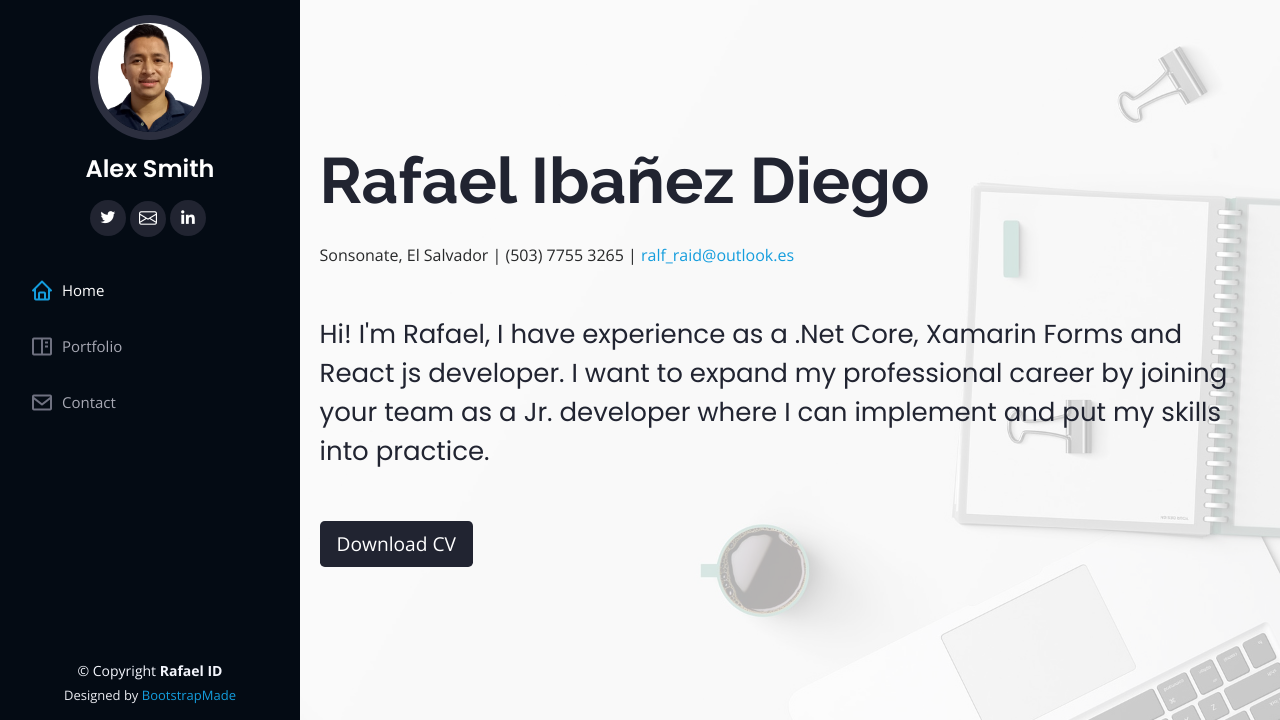
Repository: ralfId/myportfolio
Page: /index
The author's editor kept a copy of each file at every save. The page is drawn from the files as they stood at one save, then again after the next save.
The browser window is 1280 px wide. The pictures show the whole page.
The project was rebuilt for these pictures with package versions that can differ from the ones it lists, and the page was loaded fresh each time. Also part of the build but not shown: src/data/projects.js, src/components/Projects/ProjectItem.js, src/components/Projects/ProjectIndex.js, src/helpers/ProjectById.js, src/components/Projects/ProjectDetail.js.

Above is the page before, as saved 2021-09-20 18:36:55.

### public/index.html
<!DOCTYPE html>
<html lang="en">

<head>
  <meta charset="utf-8" />
  <link rel="icon" href="%PUBLIC_URL%/favicon.ico" />
  <meta name="viewport" content="width=device-width, initial-scale=1" />
  <meta name="theme-color" content="#000000" />
  <meta name="description" content="Web site created using create-react-app" />
  <link rel="apple-touch-icon" href="%PUBLIC_URL%/logo192.png" />
  <link rel="manifest" href="%PUBLIC_URL%/manifest.json" />

  <!-- Google Fonts -->
  <link
    href="https://fonts.googleapis.com/css?family=Open+Sans:300,300i,400,400i,600,600i,700,700i|Raleway:300,300i,400,400i,500,500i,600,600i,700,700i|Poppins:300,300i,400,400i,500,500i,600,600i,700,700i"
    rel="stylesheet">

  <!-- Vendor CSS Files -->
  <link href="vendor/aos/aos.css" rel="stylesheet">
  <link href="vendor/bootstrap/css/bootstrap.min.css" rel="stylesheet">
  <link href="vendor/bootstrap-icons/bootstrap-icons.css" rel="stylesheet">
  <link href="vendor/boxicons/css/boxicons.min.css" rel="stylesheet">
  <link href="vendor/glightbox/css/glightbox.min.css" rel="stylesheet">
  <link href="vendor/swiper/swiper-bundle.min.css" rel="stylesheet">

  <!-- Template Main CSS File -->
  <link href="css/style.css" rel="stylesheet">
  <title>React App</title>

  <!-- =======================================================
  * Template Name: iPortfolio - v3.3.0
  * Template URL: https://bootstrapmade.com/iportfolio-bootstrap-portfolio-websites-template/
  * Author: BootstrapMade.com
  * License: https://bootstrapmade.com/license/
  ======================================================== -->
</head>

<body>
  <noscript>You need to enable JavaScript to run this app.</noscript>
  <div id="root"></div>
  <!--
      This HTML file is a template.
      If you open it directly in the browser, you will see an empty page.

      You can add webfonts, meta tags, or analytics to this file.
      The build step will place the bundled scripts into the <body> tag.

      To begin the development, run `npm start` or `yarn start`.
      To create a production bundle, use `npm run build` or `yarn build`.
    -->
 <!-- Vendor JS Files -->
 <script src="vendor/aos/aos.js" type="text/javascript"></script>
 <script src="vendor/bootstrap/js/bootstrap.bundle.min.js" type="text/javascript"></script>
 <script src="vendor/glightbox/js/glightbox.min.js" type="text/javascript"></script>
 <script src="vendor/isotope-layout/isotope.pkgd.min.js" type="text/javascript"></script>
 <script src="vendor/php-email-form/validate.js" type="text/javascript"></script>
 <script src="vendor/purecounter/purecounter.js" type="text/javascript"></script>
 <script src="vendor/swiper/swiper-bundle.min.js" type="text/javascript"></script>
 <script src="vendor/typed.js/typed.min.js" type="text/javascript"></script>
 <script src="vendor/waypoints/noframework.waypoints.js" type="text/javascript"></script>

 <!-- Template Main JS File -->
 <script src="js/main.js" type="text/javascript"></script>

</body>

</html>

### src/components/Home.js
import React from 'react'

export const Home = () => {
    return (
        <>
            <section id="hero" className="d-flex flex-column justify-content-center align-items-center">
                <div className="hero-container" data-aos="fade-in">
                   <h1>Rafael Ibañez Diego</h1>
                    <br />
                    <span>
                        Sonsonate, El Salvador | (503) 7755 3265 | <a href="ralf_raid@outlook.es">ralf_raid@outlook.es</a>
                    </span>
                    <br /><br /><br />
                    <p>
                        Hi! I'm Rafael, I have experience as a .Net Core, Xamarin Forms and React js developer.
                        I want to expand my professional career by joining your team as a Jr. developer where
                        I can implement and put my skills into practice.
                    </p>
                    <button className="btn btn-lg">
                        <a href="https://drive.google.com/file/d/1vJaF_GdrEpqvxunoCtHR6NM8FIdySfaQ/view?usp=sharing"  target="_blank" rel="noreferrer">
                            Download CV
                        </a>
                    </button>
                </div>
            </section>
            {/* <section id="hero">
                <div className="position-relative overflow-hidden p-3 p-md-5 m-md-3 ">
                    <h1>Rafael Ibañez Diego</h1>
                    <br />
                    <span>
                        Sonsonate, El Salvador | (503) 7755 3265 | <a href="ralf_raid@outlook.es">ralf_raid@outlook.es</a>
                    </span>
                    <br /><br /><br />
                    <p>
                        Hi! I'm Rafael, I have experience as a .Net Core, Xamarin Forms and React js developer.
                        I want to expand my professional career by joining your team as a Jr. developer where
                        I can implement and put my skills into practice.
                    </p>
                    <button className="btn btn-lg">
                        <a href="https://drive.google.com/file/d/1vJaF_GdrEpqvxunoCtHR6NM8FIdySfaQ/view?usp=sharing"  target="_blank" rel="noreferrer">
                            Download CV
                        </a>
                    </button>
                </div>
            </section> */}
        </>
    )
}

Loaded but not shown: src/index.js (common file); public/vendor/aos/aos.css (library); public/vendor/bootstrap/css/bootstrap.min.css (library); public/vendor/bootstrap-icons/bootstrap-icons.css (library); public/vendor/boxicons/css/boxicons.min.css (library); public/vendor/glightbox/css/glightbox.min.css (library); public/vendor/swiper/swiper-bundle.min.css (library); public/vendor/aos/aos.js (library); public/vendor/bootstrap/js/bootstrap.bundle.min.js (library); public/vendor/glightbox/js/glightbox.min.js (library); public/vendor/isotope-layout/isotope.pkgd.min.js (library); public/vendor/php-email-form/validate.js (common file); public/vendor/purecounter/purecounter.js (library); public/vendor/swiper/swiper-bundle.min.js (library); public/vendor/typed.js/typed.min.js (library); public/vendor/waypoints/noframework.waypoints.js (library); public/js/main.js (267 lines, source omitted); src/components/Nav.js (48 lines, source omitted); src/routers/AppRouter.js (32 lines, source omitted); src/components/Footer.js (16 lines, source omitted); src/Portfolio.js (10 lines, source omitted); public/css/style.css (1154 lines, source omitted)

After the next save:
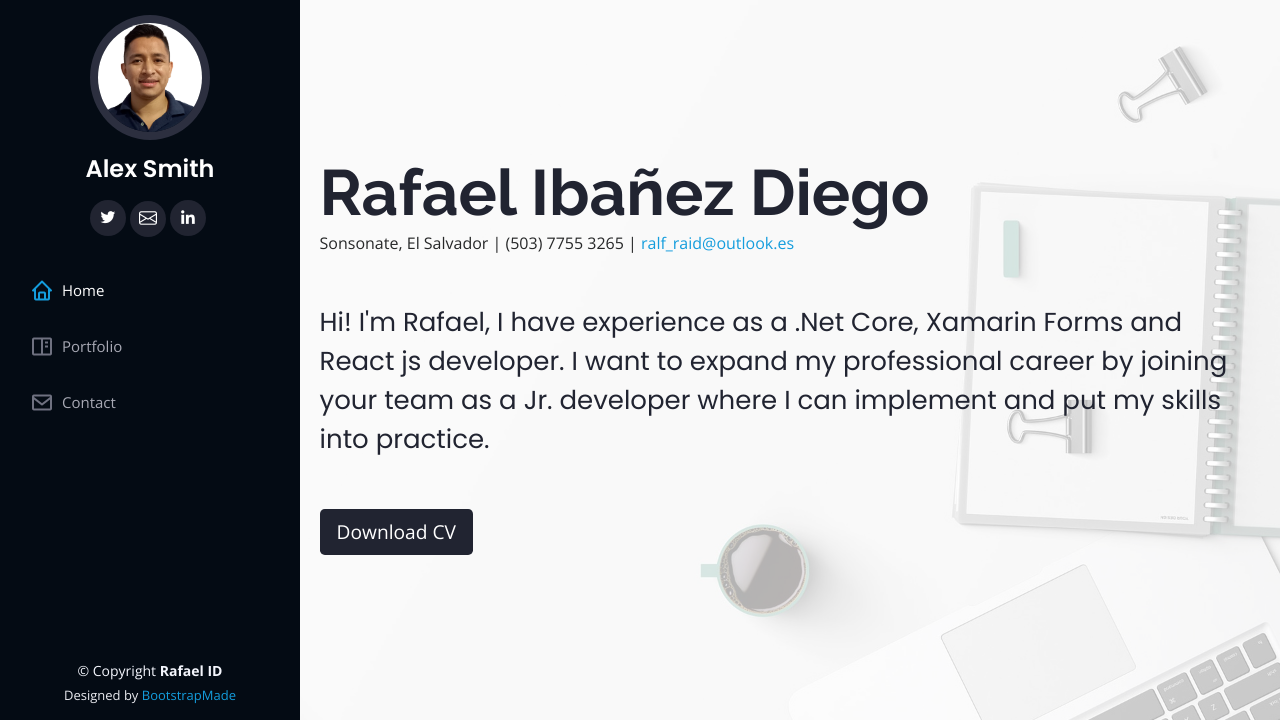
Saved 24 s later.
--- a/src/components/Home.js
+++ b/src/components/Home.js
@@ -6,7 +6,6 @@ export const Home = () => {
             <section id="hero" className="d-flex flex-column justify-content-center align-items-center">
                 <div className="hero-container" data-aos="fade-in">
                    <h1>Rafael Ibañez Diego</h1>
-                    <br />
                     <span>
                         Sonsonate, El Salvador | (503) 7755 3265 | <a href="ralf_raid@outlook.es">ralf_raid@outlook.es</a>
                     </span>
@@ -23,26 +22,6 @@ export const Home = () => {
                     </button>
                 </div>
             </section>
-            {/* <section id="hero">
-                <div className="position-relative overflow-hidden p-3 p-md-5 m-md-3 ">
-                    <h1>Rafael Ibañez Diego</h1>
-                    <br />
-                    <span>
-                        Sonsonate, El Salvador | (503) 7755 3265 | <a href="ralf_raid@outlook.es">ralf_raid@outlook.es</a>
-                    </span>
-                    <br /><br /><br />
-                    <p>
-                        Hi! I'm Rafael, I have experience as a .Net Core, Xamarin Forms and React js developer.
-                        I want to expand my professional career by joining your team as a Jr. developer where
-                        I can implement and put my skills into practice.
-                    </p>
-                    <button className="btn btn-lg">
-                        <a href="https://drive.google.com/file/d/1vJaF_GdrEpqvxunoCtHR6NM8FIdySfaQ/view?usp=sharing"  target="_blank" rel="noreferrer">
-                            Download CV
-                        </a>
-                    </button>
-                </div>
-            </section> */}
         </>
     )
 }
